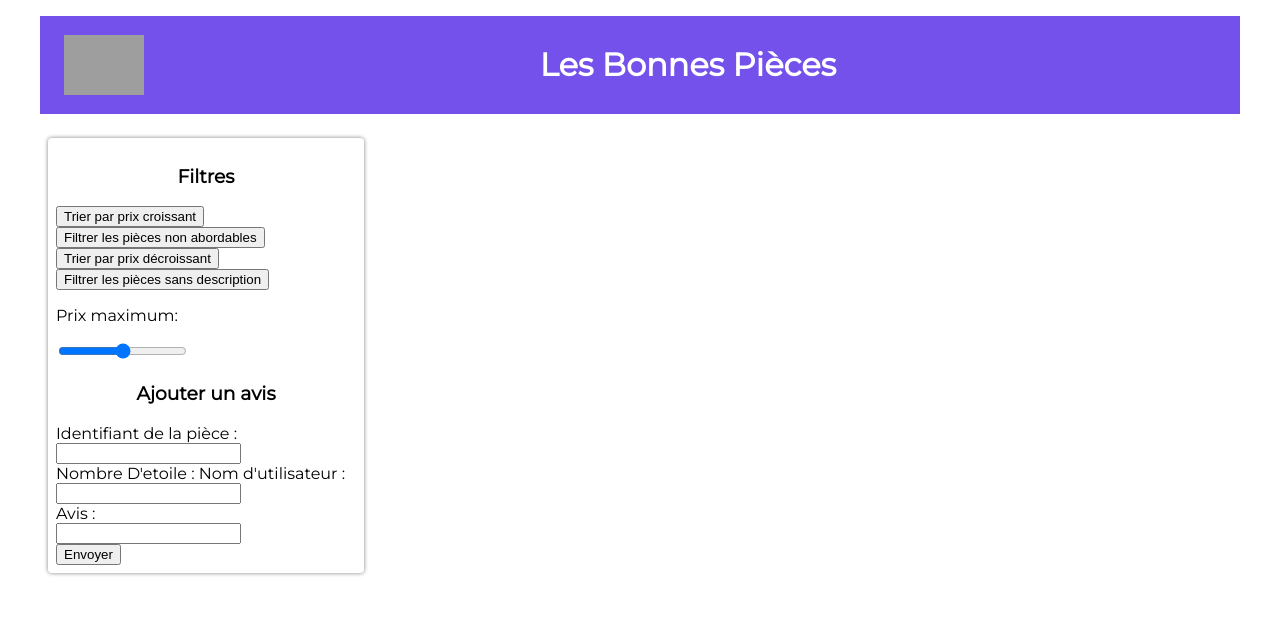
Repository: khadyba/Javascrip
Page: 7697016-Front-End.1/index.html
An editor plug-in stored every save of this project. The page is shown before and after the next save, followed by the edit.
The browser window is 1280 px wide. The pictures show the whole page.
Pictures or frames that could not be fetched are drawn as grey boxes. The page's requests for data from a server got no answer.

Above is the page before, as saved 2024-09-18 14:51:13.

### 7697016-Front-End.1/index.html
<!DOCTYPE html>
<html lang="fr">
	<head>
		<meta charset="utf-8">
		<title>Les Bonnes Pièces</title>
		<link rel="stylesheet" href="styles.css">
		<script type="module" src="pieces.js"></script>
	</head>
	<body>
		<header>
			<img src="images/logo-les-bonnes-pieces.png" alt="LOGO">
			<h1>Les Bonnes Pièces</h1>
		</header>
		<main>
			<!-- Menu de recherche -->
			<section class="filtres">
				<h3>Filtres</h3>
				<button class="btn-trier">Trier par prix croissant</button>
				<br>
				<button class="btn-filtrer">Filtrer les pièces non abordables</button>
				<br>
				<button class="btn-decroissant">Trier par prix décroissant</button>
				<br>
				<button class="btn-nodesc">Filtrer les pièces sans description</button>
				<br>
				<p>Prix maximum:</p>
				<input type="range" name="prix-max" id="prix-max" min="0" max="60" step="5">
				<!-- code a ajouter -->
				<h3>Ajouter un avis</h3>
				<form class="formulaire-avis">
					Identifiant de la pièce :<br>
					<input type="number" name="piece-id"><br>
					Nombre D'etoile :
					Nom d'utilisateur :<br>
					<input type="text" name="utilisateur"><br>
					Avis :<br>
					<input type="text" name="commentaire"><br>
					<button>Envoyer</button>
				</form>
			</section>

			<!-- Fiches produits -->
			<section class="fiches">
				<!-- Code ajouté -->
				<div class="abordables">

				</div>
				<div class="disponibles">

				</div>
			</section>
		</main>
	</body>
</html>

### 7697016-Front-End.1/styles.css
@import url('https://fonts.googleapis.com/css2?family=Montserrat&display=swap');

body {
	max-width: 1200px;
	margin: auto;
	padding: 16px;
	font-family: 'Montserrat', sans-serif;
}

header {
	display: flex;
	flex-direction: row;
	align-items: center;
	margin-bottom: 16px;
	padding: 8px;
	background-color: #7451eb;
	text-align: center;
	color: white;
}
header img {
	height: 60px;
	margin-left: 1rem;
}
header h1 {
	flex-grow: 1;
}

main {
	display: flex;
	flex-direction: row;
}

.filtres {
	border-radius: 4px;
	box-shadow: 0px 0px 4px gray;
	margin: 8px;
	padding: 8px;
	min-width: 300px;
	min-height: 400px;
}
.filtres h3 {
	text-align: center;
}

.fiches {
	flex: 1;
	margin: 8px;
	display: grid;
	grid-template-columns: repeat(3, 1fr);
	gap: 4px;
}
.fiches article {
	border: 1px solid black;
	padding: 4px;
}
.fiches article img {
	display: block;
	margin-left: auto;
	margin-right: auto;
	max-width: 200px;
}
.fiches article p {
	margin-top: 4px;
	margin-bottom: 4px;
}
.fiches article h2 {
	text-align: center;
}

### 7697016-Front-End.1/pieces.js
import { ajoutListenersAvis, ajoutListenerEnvoyerAvis } from "./avis.js";

// Récupération des pièces depuis le fichier JSON
const reponse = await fetch('http://localhost:8081/pieces');
const pieces = await reponse.json();

function genererPieces(pieces){
    for (let i = 0; i < pieces.length; i++) {

        const article = pieces[i];
        // Récupération de l'élément du DOM qui accueillera les fiches
        const sectionFiches = document.querySelector(".fiches");
        // Création d’une balise dédiée à une pièce automobile
        const pieceElement = document.createElement("article");
        // Création des balises
        const imageElement = document.createElement("img");
        imageElement.src = article.image;
        const nomElement = document.createElement("h2");
        nomElement.innerText = article.nom;
        const prixElement = document.createElement("p");
        prixElement.innerText = `Prix: ${article.prix} € (${article.prix < 35 ? "€" : "€€€"})`;
        const categorieElement = document.createElement("p");
        categorieElement.innerText = article.categorie ?? "(aucune catégorie)";
        const descriptionElement = document.createElement("p");
        descriptionElement.innerText = article.description ?? "Pas de description pour le moment.";
        const stockElement = document.createElement("p");
        stockElement.innerText = article.disponibilite ? "En stock" : "Rupture de stock";
        //Code ajouté
        const avisBouton = document.createElement("button");
        avisBouton.dataset.id = article.id;
        avisBouton.textContent = "Afficher les avis";

        // On rattache la balise article a la section Fiches
        sectionFiches.appendChild(pieceElement);
        pieceElement.appendChild(imageElement);
        pieceElement.appendChild(nomElement);
        pieceElement.appendChild(prixElement);
        pieceElement.appendChild(categorieElement);
        pieceElement.appendChild(descriptionElement);
        pieceElement.appendChild(stockElement);
        //Code aJouté
        pieceElement.appendChild(avisBouton);

     }
     ajoutListenersAvis();
     ajoutListenerEnvoyerAvis()
}

genererPieces(pieces);

 //gestion des bouttons
const boutonTrier = document.querySelector(".btn-trier");

boutonTrier.addEventListener("click", function () {
    const piecesOrdonnees = Array.from(pieces);
    piecesOrdonnees.sort(function (a, b) {
        return a.prix - b.prix;
     });
     document.querySelector(".fiches").innerHTML = "";
    genererPieces(piecesOrdonnees);
});

const boutonFiltrer = document.querySelector(".btn-filtrer");

boutonFiltrer.addEventListener("click", function () {
    const piecesFiltrees = pieces.filter(function (piece) {
        return piece.prix <= 35;
    });
    document.querySelector(".fiches").innerHTML = "";
    genererPieces(piecesFiltrees);
});

//Correction Exercice
const boutonDecroissant = document.querySelector(".btn-decroissant");

boutonDecroissant.addEventListener("click", function () {
    const piecesOrdonnees = Array.from(pieces);
    piecesOrdonnees.sort(function (a, b) {
        return b.prix - a.prix;
     });
     document.querySelector(".fiches").innerHTML = "";
    genererPieces(piecesOrdonnees);
});

const boutonNoDescription = document.querySelector(".btn-nodesc");

boutonNoDescription.addEventListener("click", function () {
    const piecesFiltrees = pieces.filter(function (piece) {
        return piece.description
    });
    document.querySelector(".fiches").innerHTML = "";
    genererPieces(piecesFiltrees);
});

const noms = pieces.map(piece => piece.nom);
for(let i = pieces.length -1 ; i >= 0; i--){
    if(pieces[i].prix > 35){
        noms.splice(i,1);
    }
}
console.log(noms)
//Création de l'en-tête

const pElement = document.createElement('p')
pElement.innerText = "Pièces abordables";
//Création de la liste
const abordablesElements = document.createElement('ul');
//Ajout de chaque nom à la liste
for(let i=0; i < noms.length ; i++){
    const nomElement = document.createElement('li');
    nomElement.innerText = noms[i];
    abordablesElements.appendChild(nomElement);
}
// Ajout de l'en-tête puis de la liste au bloc résultats filtres
document.querySelector('.abordables')
    .appendChild(pElement)
    .appendChild(abordablesElements);

//Code Exercice
const nomsDisponibles = pieces.map(piece => piece.nom)
const prixDisponibles = pieces.map(piece => piece.prix)

for(let i = pieces.length -1 ; i >= 0; i--){
    if(pieces[i].disponibilite === false){
        nomsDisponibles.splice(i,1);
        prixDisponibles.splice(i,1);
    }
}

const disponiblesElement = document.createElement('ul');

for(let i=0 ; i < nomsDisponibles.length ; i++){
    const nomElement = document.createElement('li');
    nomElement.innerText = `${nomsDisponibles[i]} - ${prixDisponibles[i]} €`
    disponiblesElement.appendChild(nomElement);
}

const pElementDisponible = document.createElement('p')
pElementDisponible.innerText = "Pièces disponibles:";
document.querySelector('.disponibles').appendChild(pElementDisponible).appendChild(disponiblesElement)

const inputPrixMax = document.querySelector('#prix-max')
inputPrixMax.addEventListener('input', function(){
    const piecesFiltrees = pieces.filter(function(piece){
        return piece.prix <= inputPrixMax.value;
    });
    document.querySelector(".fiches").innerHTML = "";
    genererPieces(piecesFiltrees);
})

### 7697016-Front-End.1/avis.js
export function ajoutListenersAvis() {

    const piecesElements = document.querySelectorAll(".fiches article button");

    for (let i = 0; i < piecesElements.length; i++) {

     piecesElements[i].addEventListener("click", async function (event) {


      const id = event.target.dataset.id;
    //   on stok la reponse dans une constante
      const  reponse = await fetch("http://localhost:8081/pieces/" + id + "/avis");
    //   nous reconstituons  les donner en memoir   grace a la methode json
      const avis = await reponse.json();
    //   on les ajout au dom en recupérent l'element parent
      const pieceElement = event.target.parentElement;
    //   nous créeons l'element p
      const avisElement = document.createElement("p");
    //   nous remplissons la balise html p en parcourant les avis et en ajoutant le nom de l'utilisateur et son commentaire
      for (let i = 0; i < avis.length; i++) {
         avisElement.innerHTML += `${avis[i].utilisateur}: ${avis[i].commentaire} <br>`;
      }
    //   nous ratachons l'element p au parent récuperer précedement
      pieceElement.appendChild(avisElement);

     });

    }

 }

 export function ajoutListenerEnvoyerAvis() {
    const formulaireAvis = document.querySelector(".formulaire-avis");
    formulaireAvis.addEventListener("submit", function (event) {
        // Désactivation du comportement par défaut du navigateur
        event.preventDefault();
    // Création de l’objet du nouvel avis.
        const avis = {
            pieceId: parseInt(event.target.querySelector("[name=piece-id]").value),
            utilisateur: event.target.querySelector("[name=utilisateur").value,
            commentaire: event.target.querySelector("[name=commentaire]").value,
        };
        // Création de la charge utile au format JSON
        const chargeUtile = JSON.stringify(avis);

        // Appel de la fonction fetch avec toutes les informations nécessaires
        fetch("http://localhost:8081/avis", {
            method: "POST",
            headers: { "Content-Type": "application/json" },
            body: chargeUtile
        });

    });

 }

After the next save:
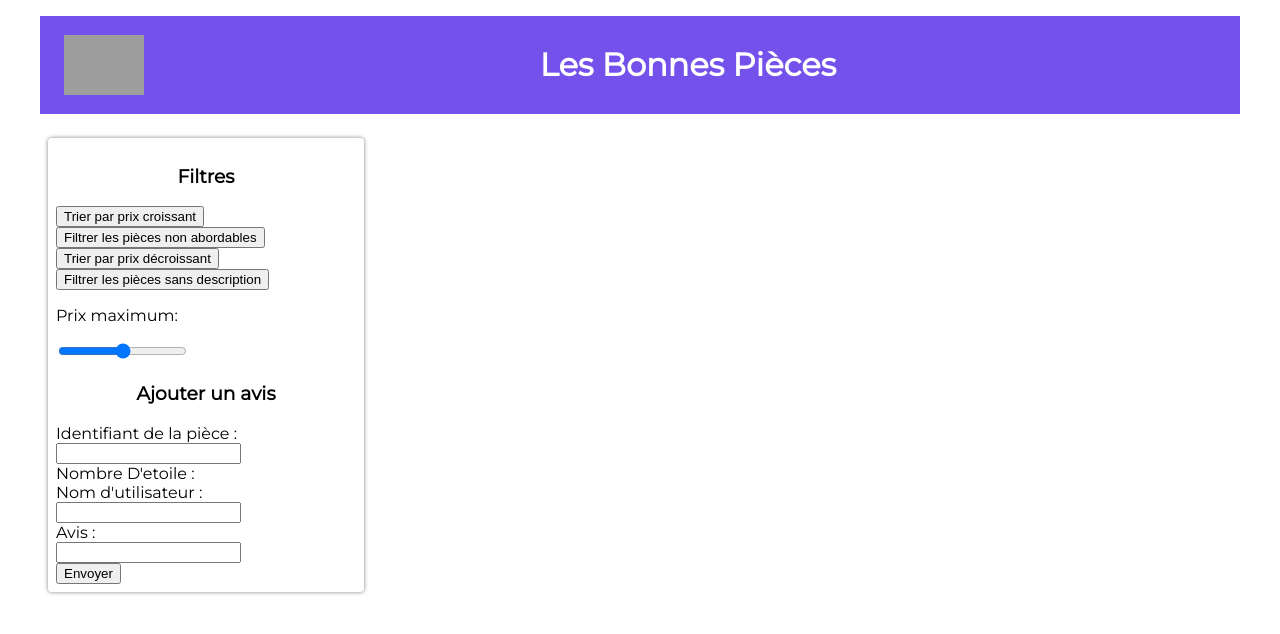
Saved 5 s later.
--- a/7697016-Front-End.1/index.html
+++ b/7697016-Front-End.1/index.html
@@ -30,7 +30,7 @@
 				<form class="formulaire-avis">
 					Identifiant de la pièce :<br>
 					<input type="number" name="piece-id"><br>
-					Nombre D'etoile :
+					Nombre D'etoile : <br>
 					Nom d'utilisateur :<br>
 					<input type="text" name="utilisateur"><br>
 					Avis :<br>
